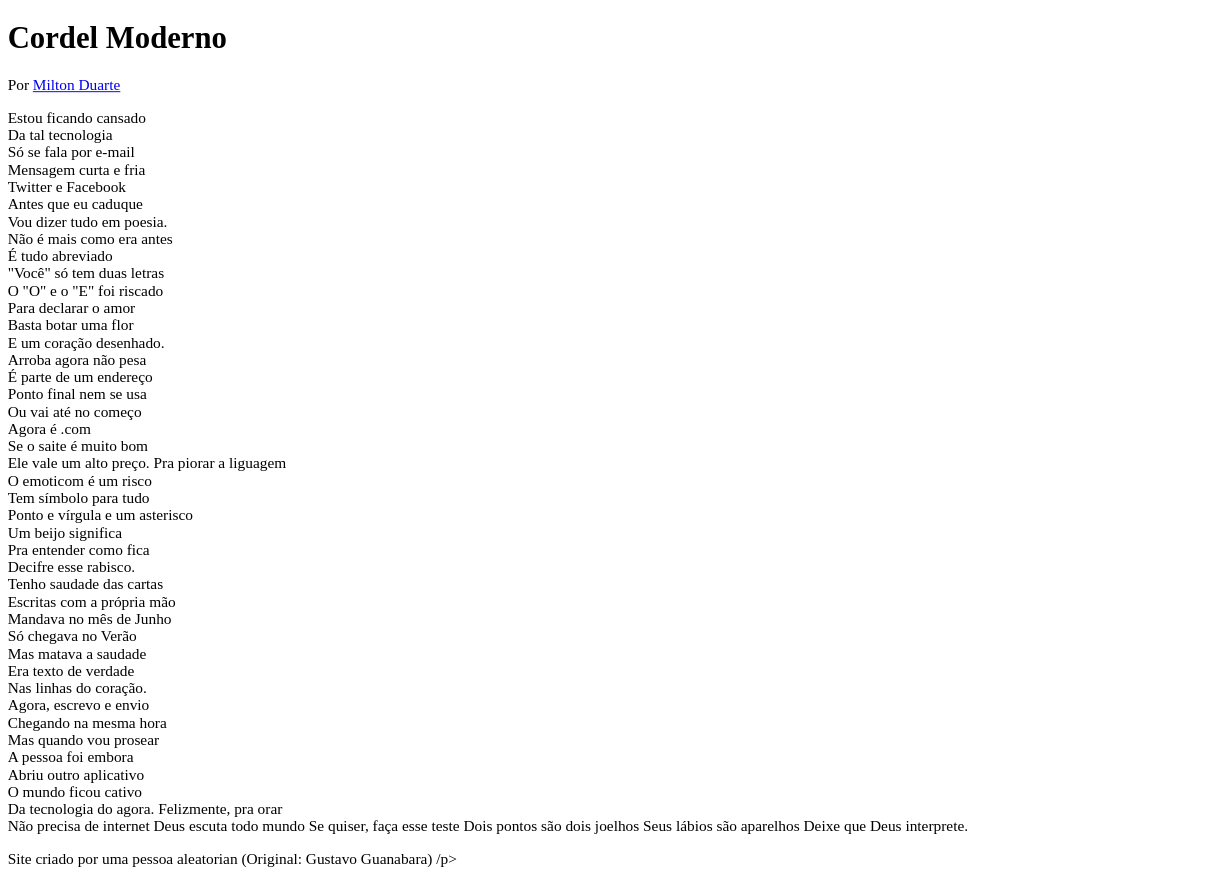
Repository: Codigo404q/html-css
Page: AHAHAHAHAHAHAHHHHHHHHHAHAHAHAHAHAHHAHAH/d012/index.html
An editor plug-in stored every save of this project. The page is shown before and after a run of saves, followed by the edit.
The browser window is 1280 px wide. The pictures show the whole page, at 96% of full size.

Above is the page before, as saved 2024-01-07 22:43:09.

### AHAHAHAHAHAHAHHHHHHHHHAHAHAHAHAHAHHAHAH/d012/index.html
<!DOCTYPE html>
<html lang="pt-br">
<head>
    <meta charset="UTF-8">
    <meta name="viewport" content="width=device-width, initial-scale=1.0">
    <title>Codel moderno</title>
</head>
<body>
        <header>
            <h1>Cordel Moderno</h1>
            <p>Por <a href="https://www.recantodasletras.com.br/poesias/3186743" target="_blank">Milton Duarte</a></p>

        </header>

    <section>
        Estou ficando cansado <br>
        Da tal tecnologia <br>
        Só se fala por e-mail <br>
        Mensagem curta e fria <br>
        Twitter e Facebook <br>
        Antes que eu caduque <br>
        Vou dizer tudo em poesia.
    </section>



    <section>
        Não é mais como era antes <br>
        É tudo abreviado <br>
        "Você" só tem duas letras <br>
        O "O" e o "E" foi riscado <br>
        Para declarar o amor <br>
        Basta botar uma flor <br>
        E um coração desenhado.
    </section>


    <section>
        Arroba agora não pesa <br>
        É parte de um endereço <br>
        Ponto final nem se usa <br>
        Ou vai até no começo <br>
        Agora é .com <br>
        Se o saite é muito bom <br>
        Ele vale um alto preço.

        Pra piorar a liguagem <br>
        O emoticom é um risco <br>
        Tem símbolo para tudo <br>
        Ponto e vírgula e um asterisco <br>
        Um beijo significa <br>
        Pra entender como fica <br>
        Decifre esse rabisco.
    </section>



    <section>
        Tenho saudade das cartas <br>
        Escritas com a própria mão <br>
        Mandava no mês de Junho <br>
        Só chegava no Verão <br>
        Mas matava a saudade <br>
        Era texto de verdade <br>
        Nas linhas do coração.
    </section>



    <section>
        Agora, escrevo e envio <br>
        Chegando na mesma hora <br>
        Mas quando vou prosear <br>
        A pessoa foi embora <br>
        Abriu outro aplicativo <br>
        O mundo ficou cativo <br>
        Da tecnologia do agora.

        Felizmente, pra orar <br>
        Não precisa de internet
        Deus escuta todo mundo
        Se quiser, faça esse teste
        Dois pontos são dois joelhos
        Seus lábios são aparelhos
        Deixe que Deus interprete.
    </section>

    <footer>
        <p>Site criado por uma pessoa aleatorian (Original: Gustavo Guanabara) /p>
    </footer>
</body>
</html>

After the next 3 saves:
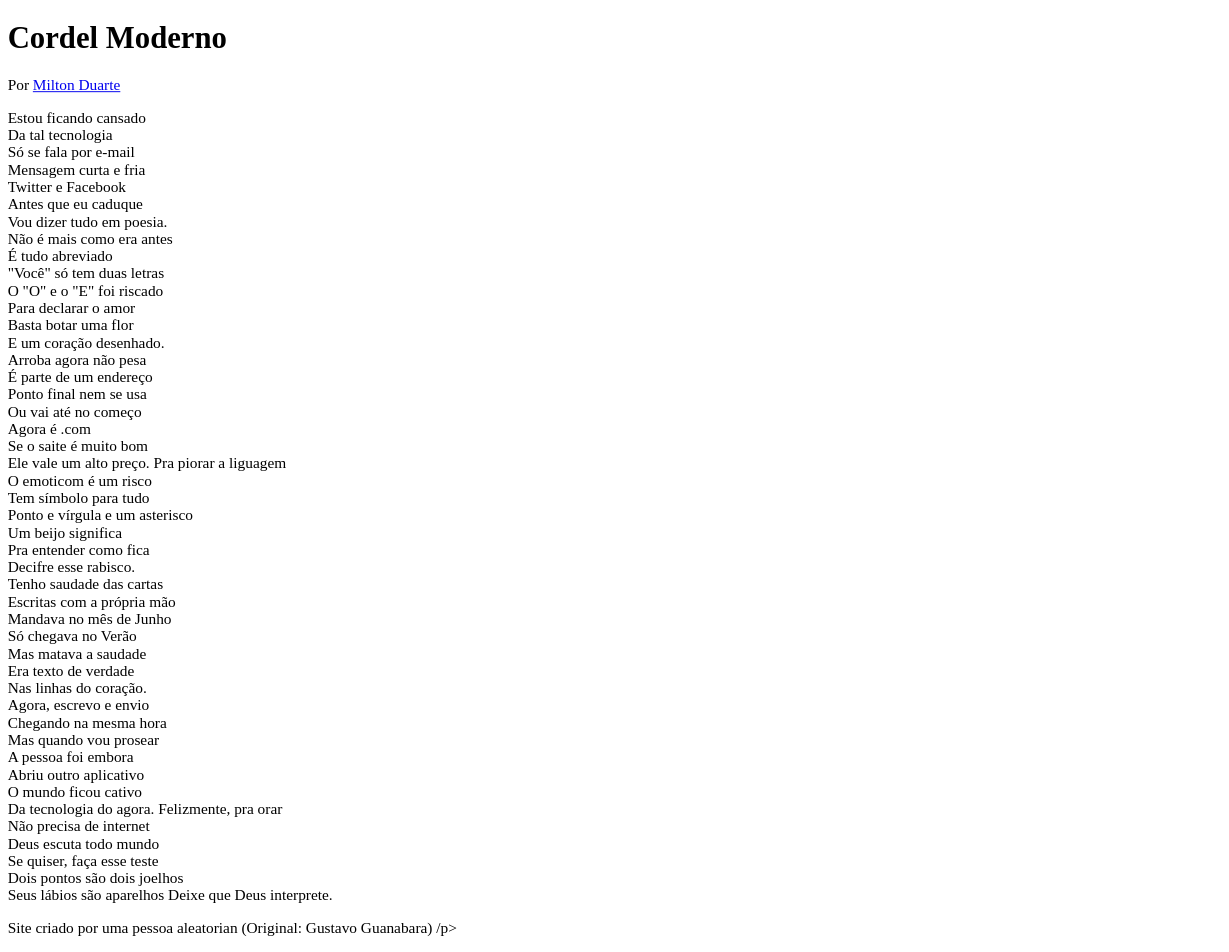
The 3 saves are shown as one change because they came seconds apart.
The last was saved 10 s later.
--- a/AHAHAHAHAHAHAHHHHHHHHHAHAHAHAHAHAHHAHAH/d012/index.html
+++ b/AHAHAHAHAHAHAHHHHHHHHHAHAHAHAHAHAHHAHAH/d012/index.html
@@ -77,10 +77,10 @@
         Da tecnologia do agora.
 
         Felizmente, pra orar <br>
-        Não precisa de internet
-        Deus escuta todo mundo
-        Se quiser, faça esse teste
-        Dois pontos são dois joelhos
+        Não precisa de internet <br>
+        Deus escuta todo mundo <br>
+        Se quiser, faça esse teste <br>
+        Dois pontos são dois joelhos <br>
         Seus lábios são aparelhos
         Deixe que Deus interprete.
     </section>
